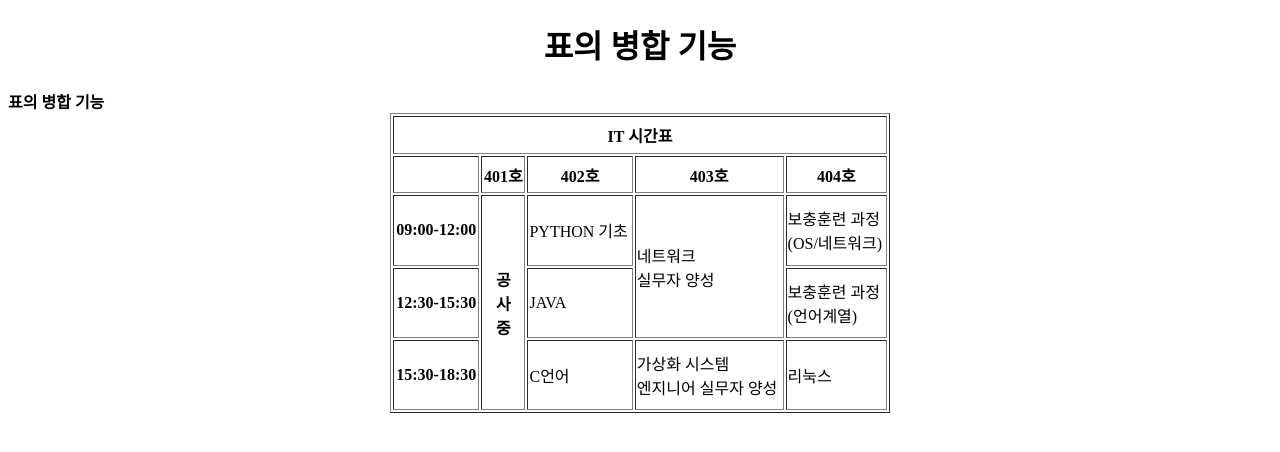
Repository: hui-Joo/html
Page: html/quiz.html
These files come from the project's save history. The page is drawn as it stood at one moment and after the next save; the edit follows.
The browser window is 1280 px wide. The pictures show the whole page.

Above is the page before, as saved 2021-10-04 06:10:02.

After the next save:
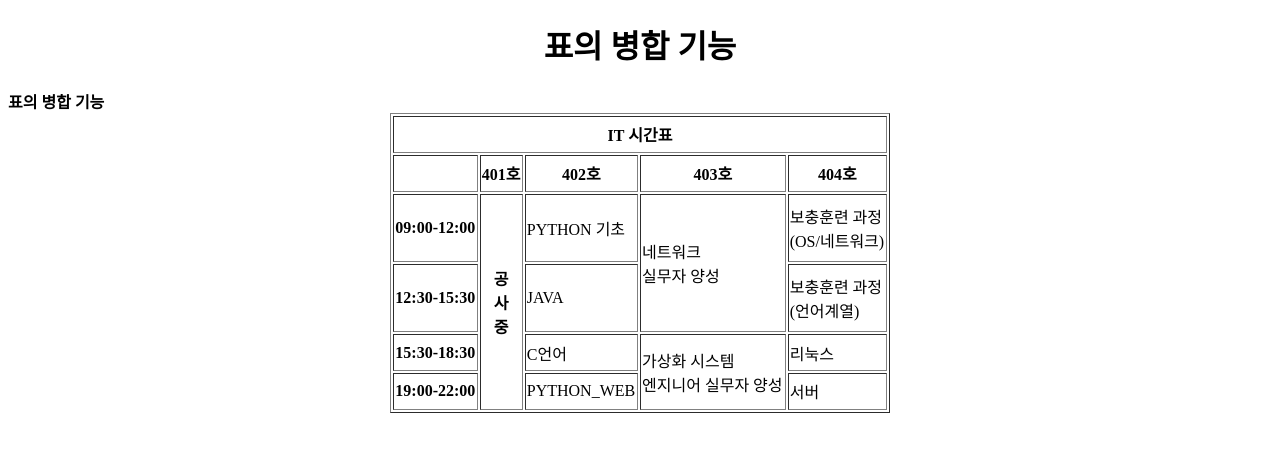
Saved 84 s later.
--- a/html/quiz.html
+++ b/html/quiz.html
@@ -29,6 +29,11 @@
 	<th>15:30-18:30</th><td>C언어</td><td rowspan="2">가상화 시스템<br>엔지니어 실무자 양성</td><td>리눅스</td>
 	</tr>
 
+	<tr>
+	<th>19:00-22:00</th><td>PYTHON_WEB</td><td>서버</td>
+	</tr>
+
+
 
 
 </table>
